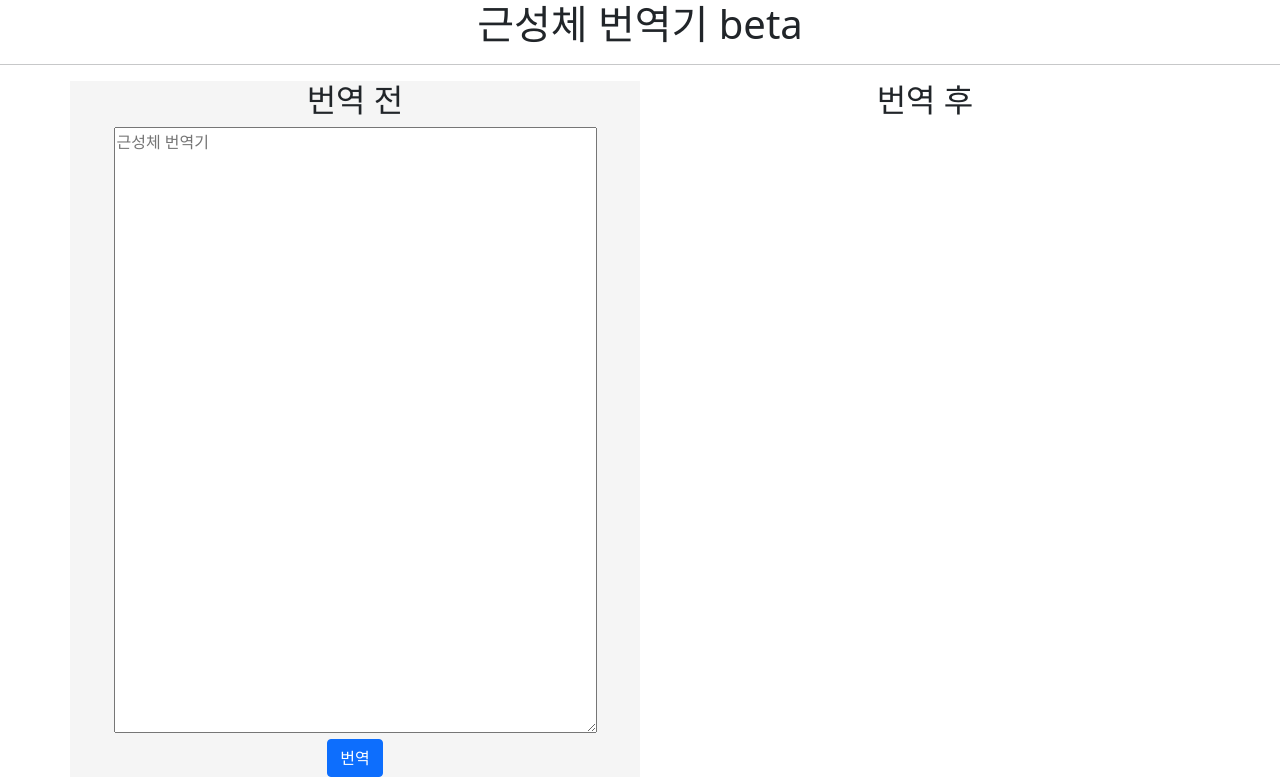
Repository: mickey530/jsp_practice
Page: http://localhost/JSPBasic/sungmo_send.jsp
These files come from the project's save history. The page is drawn as it stood at one moment and after the next save; the edit follows.
The browser window is 1280 px wide. The pictures show the whole page.
The page is served by Tomcat 9.

Above is the page before, as saved 2022-02-03 12:25:16.

After the next save:
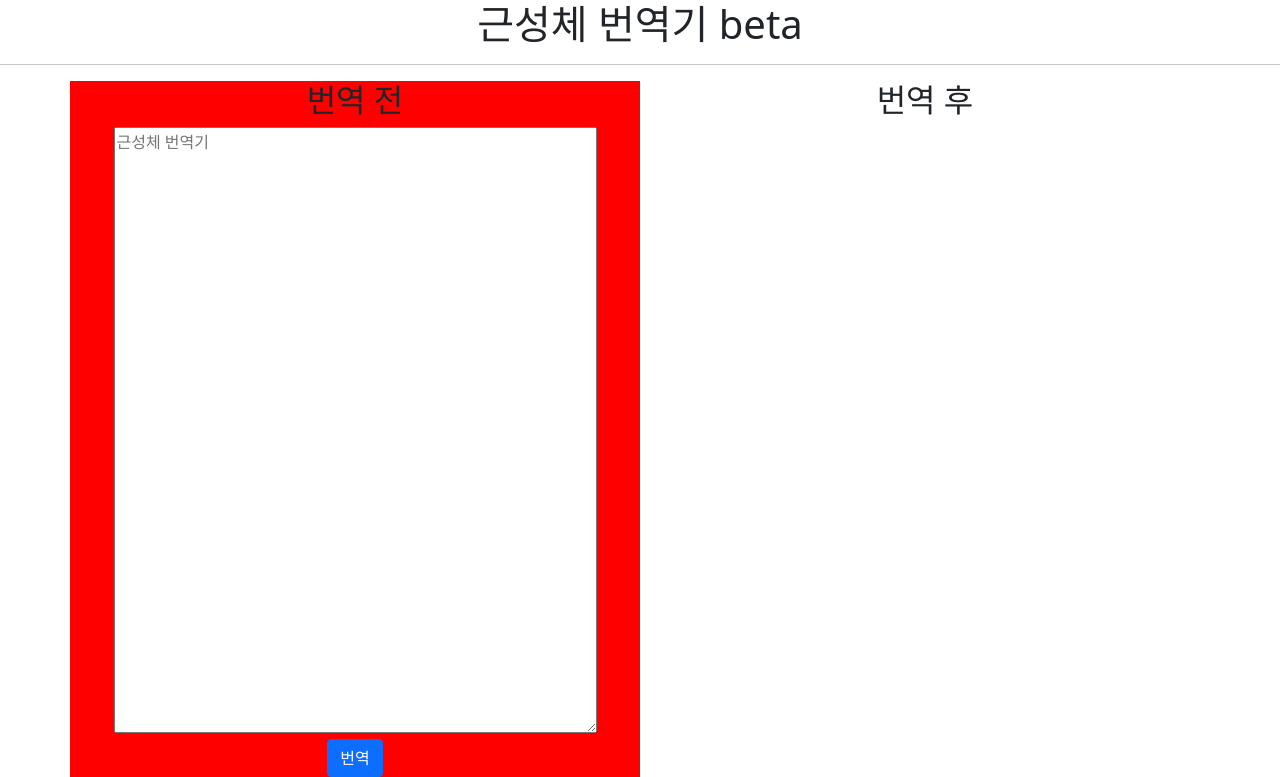
Saved 9 s later.
--- a/JSPBasic/src/main/webapp/sungmo_send.jsp
+++ b/JSPBasic/src/main/webapp/sungmo_send.jsp
@@ -8,7 +8,7 @@
 <link href="https://cdn.jsdelivr.net/npm/bootstrap@5.1.3/dist/css/bootstrap.min.css" rel="stylesheet" integrity="sha384-1BmE4kWBq78iYhFldvKuhfTAU6auU8tT94WrHftjDbrCEXSU1oBoqyl2QvZ6jIW3" crossorigin="anonymous">
 <style>
 	h1, h2 {text-align:center;}
-	.left {background-color:whitesmoke;}
+	.left {background-color:red;}
 </style>
 <title>근성체 번역기</title>
 </head>

After the save that followed:
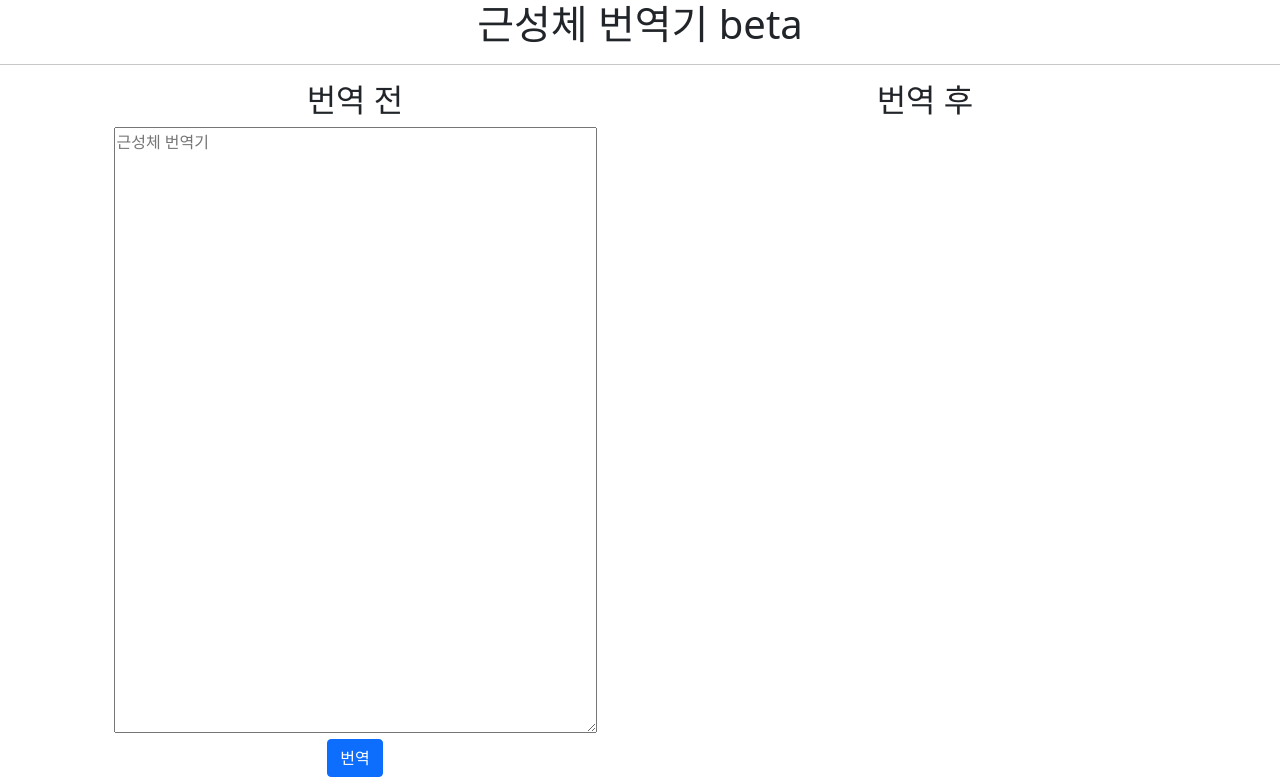
Saved 5 s later.
--- a/JSPBasic/src/main/webapp/sungmo_send.jsp
+++ b/JSPBasic/src/main/webapp/sungmo_send.jsp
@@ -8,7 +8,6 @@
 <link href="https://cdn.jsdelivr.net/npm/bootstrap@5.1.3/dist/css/bootstrap.min.css" rel="stylesheet" integrity="sha384-1BmE4kWBq78iYhFldvKuhfTAU6auU8tT94WrHftjDbrCEXSU1oBoqyl2QvZ6jIW3" crossorigin="anonymous">
 <style>
 	h1, h2 {text-align:center;}
-	.left {background-color:red;}
 </style>
 <title>근성체 번역기</title>
 </head>
